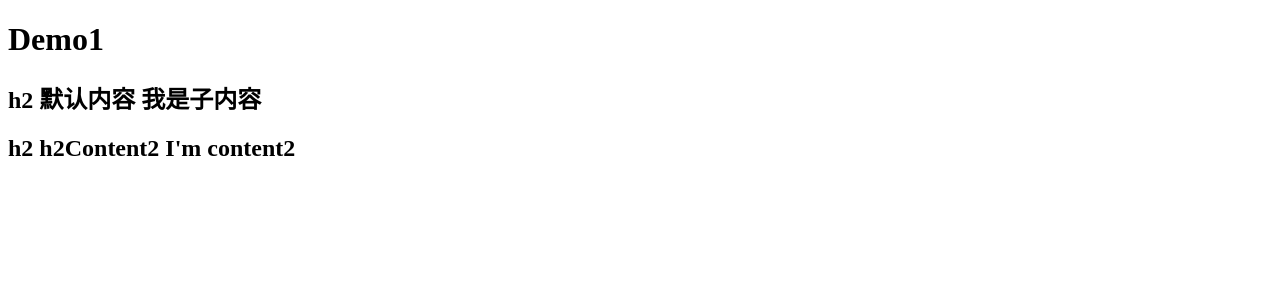
Repository: SlimShadyBaby/study-vue
Page: code/003-JavaScript/demo1.html
The author's editor kept a copy of each file at every save. The page is drawn from the files as they stood at one save, then again after the next save.
The browser window is 1280 px wide. The pictures show the whole page.

Above is the page before, as saved 2021-09-07 19:54:33.

### code/003-JavaScript/demo1.html
<!DOCTYPE html>
<html lang="en">
<head>
    <meta charset="UTF-8">
    <meta http-equiv="X-UA-Compatible" content="IE=edge">
    <meta name="viewport" content="width=device-width, initial-scale=1.0">
    <title>Document</title>

    <script type="text/javascript">
        function changeH2() {
            document.getElementById("h2Content").innerHTML="<span style='color:yellow;'>h1</span>改变后的内容";
            document.getElementById("h2Content2").innerText="<span style='color;yellow;'>h1</span>changed";
        }
    </script>
</head>
<body>
    <h1>Demo1</h1>
    <h2 id="h2Content">
        h2 默认内容
        <span>我是子内容</span>
    </h2>
    <h2 id="h2Content2">
        h2 h2Content2
        <span>I'm content2</span>
    </h2>
</body>
</html>

After the next save:
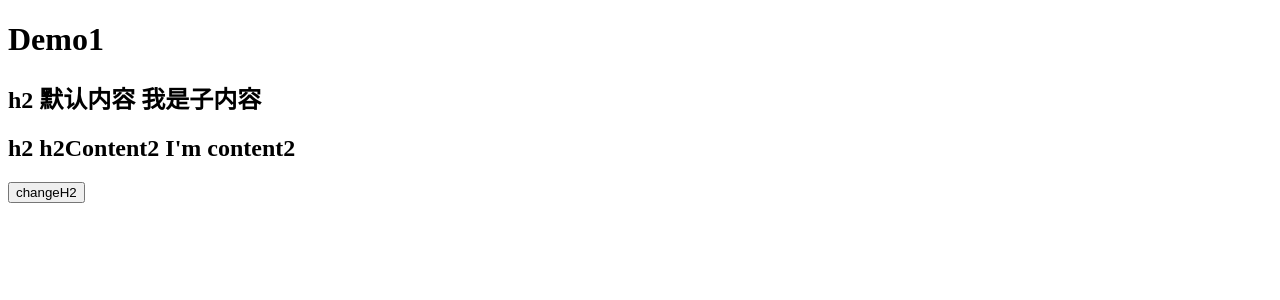
Saved 81 s later.
--- a/code/003-JavaScript/demo1.html
+++ b/code/003-JavaScript/demo1.html
@@ -23,5 +23,6 @@
         h2 h2Content2
         <span>I'm content2</span>
     </h2>
+    <input type="button" value="changeH2" onclick="changeH2();">
 </body>
 </html>
